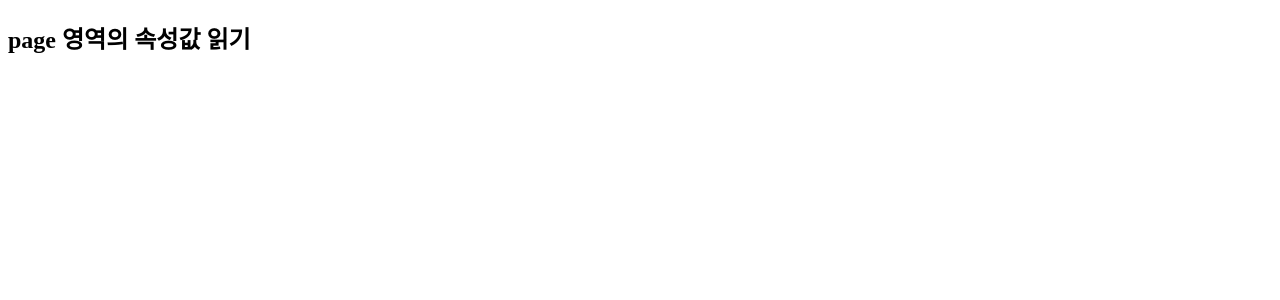
Repository: Motibidu/JSP_Servlet
Page: http://localhost/MushHaveJsp/03Scope/PageContextMain.jsp
The author's editor kept a copy of each file at every save. The page is drawn from the files as they stood at one save, then again after a run of saves.
The browser window is 1280 px wide. The pictures show the whole page.
The page is served by Tomcat 10.

Above is the page before, as saved 2025-05-07 02:33:08.

After the next 2 saves:
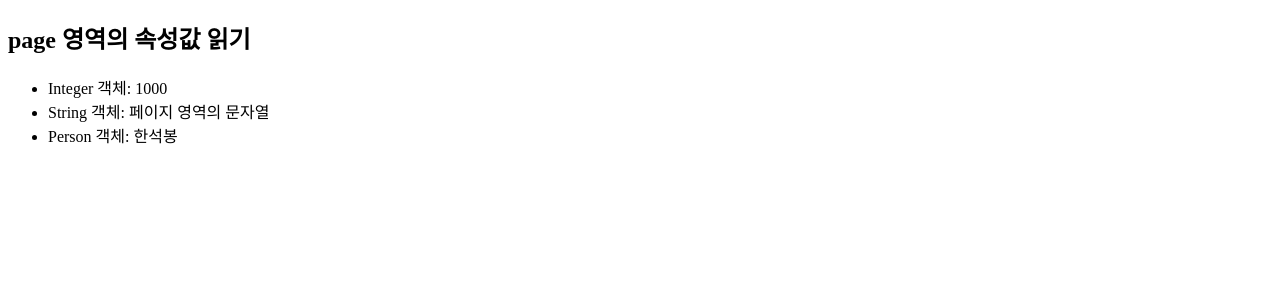
The 2 saves are shown as one change because 1 did not build or start.
The last was saved 81 s later.
--- a/MushHaveJsp/src/main/webapp/03Scope/PageContextMain.jsp
+++ b/MushHaveJsp/src/main/webapp/03Scope/PageContextMain.jsp
@@ -20,5 +20,10 @@ pageContext.setAttribute("pagePerson", new Person("한석봉", 99));
 	String pString= pageContext.getAttribute("pageString").toString();
 	Person pPerson= (Person)(pageContext.getAttribute("pagePerson"));
 	%>
+	<ul>
+		<li>Integer 객체: <%=pInteger %></li>
+		<li>String 객체: <%=pString%></li>
+		<li>Person 객체: <%=pPerson.getName() %></li>
+	</ul>
 </body>
 </html>
